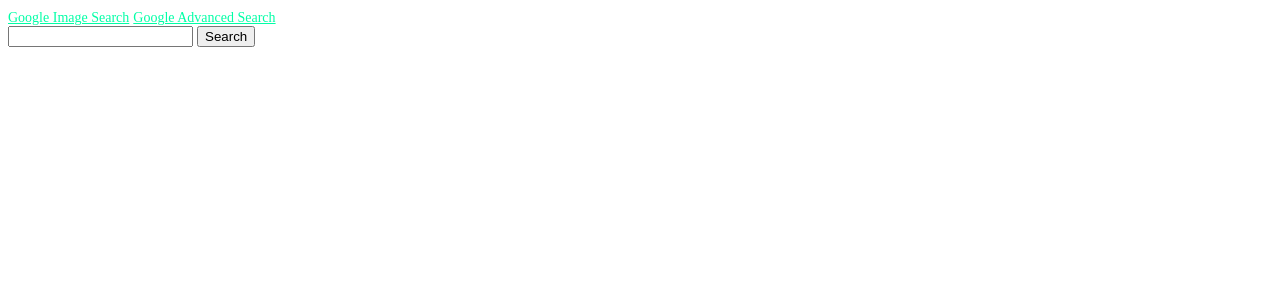
Repository: lyutok/cs50-search-project
Page: google.html
These files come from the project's save history. The page is drawn as it stood at one moment and after the next save; the edit follows.
The browser window is 1280 px wide. The pictures show the whole page.
The style sheet was rebuilt from its Sass, Less or Tailwind sources for each picture, by a compiler version that may differ from the author's.

Above is the page before, as saved 2025-07-05 17:46:35.

After the next save:
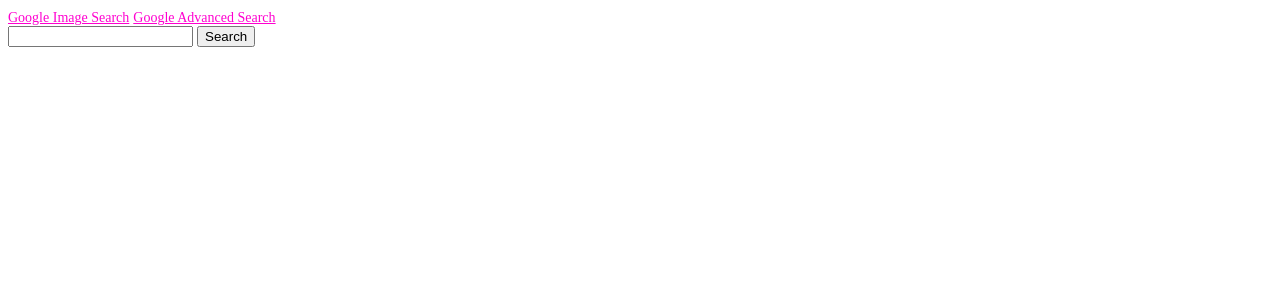
Saved 1 s later.
--- a/styles.scss
+++ b/styles.scss
@@ -1,4 +1,4 @@
-$color: rgb(0, 255, 166);
+$color: rgb(255, 0, 208);
 
 a {
     font-size: 14px;
